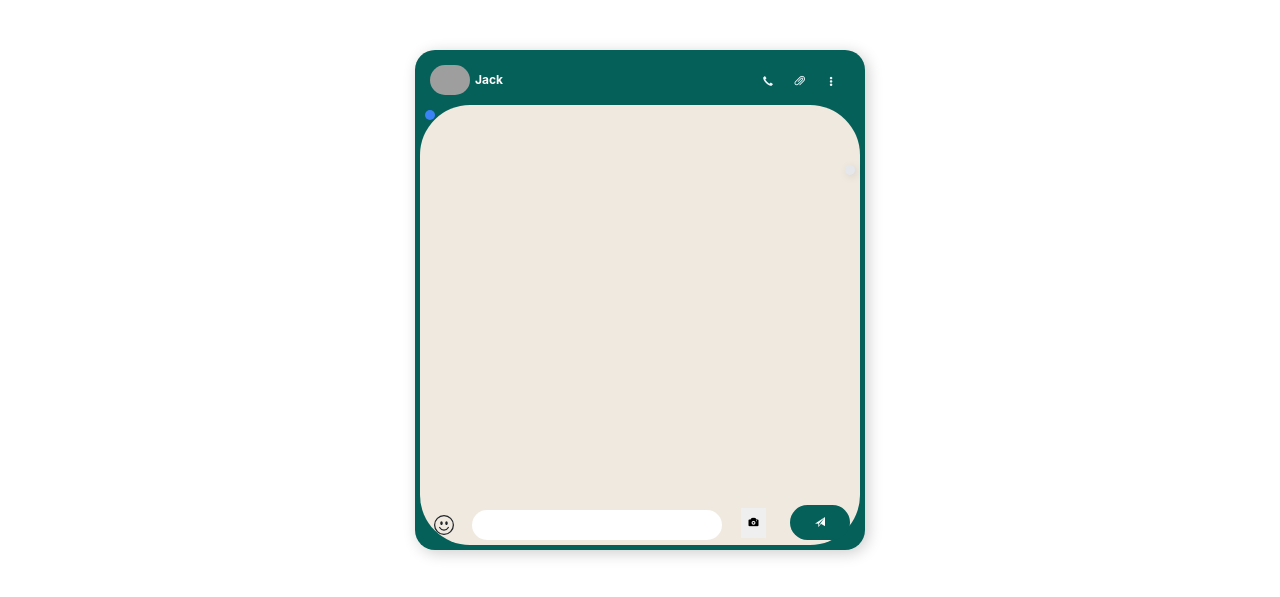
Repository: sibi24sibi/php-mysql-manal-chatbot
Page: http://localhost/
An editor plug-in stored every save of this project. The page is shown before and after the next save, followed by the edit.
The browser window is 1280 px wide. The pictures show the whole page.
Pictures or frames that could not be fetched are drawn as grey boxes. The page is run by PHP 8.4 with error messages shown; the project is at /var/www/html/.

Above is the page before, as saved 2023-01-15 15:18:36.

### index.php
<!DOCTYPE html>
<html lang="en">
<head>
    <meta charset="UTF-8">
    <meta http-equiv="X-UA-Compatible" content="IE=edge">
    <meta name="viewport" content="width=device-width, initial-scale=1.0">
    <title>Document</title>
    <link rel="stylesheet" href="style.css">
    <link href="//maxcdn.bootstrapcdn.com/bootstrap/3.3.6/css/bootstrap.min.css" type="text/css" rel="stylesheet">
    <link rel="stylesheet" href="https://cdn.jsdelivr.net/npm/bootstrap@4.6.2/dist/css/bootstrap.min.css" integrity="sha384-xOolHFLEh07PJGoPkLv1IbcEPTNtaed2xpHsD9ESMhqIYd0nLMwNLD69Npy4HI+N" crossorigin="anonymous">
</head>
<body>
    <div class="bot-windows">
        <div class="bot-window-materail">

            <div class="profile d-flex">

                <div class="profile-pic p-2 bd-highlight">
                    <img src="https://cdn.statusqueen.com/dpimages/thumbnail/anime_boy_dp-2331.jpg" alt="" srcset="">
                </div>
                <div class="profile-name align-self-center">
                    Jack
                </div>

                <div class="window-option ml-auto align-self-center">
                    <button type="button" class="btn btn-default" aria-label="Left Align">
                        <span class="glyphicon glyphicon-earphone" style="color:aliceblue" aria-hidden="true"></span>
                    </button>
                    <button type="button" class="btn btn-default" aria-label="Left Align">
                        <span class="glyphicon glyphicon-paperclip" style="color:aliceblue" aria-hidden="true"></span>
                    </button>
                    <button type="button" class="btn btn-default" aria-label="Left Align">
                        <span class="glyphicon glyphicon-option-vertical" style="color:aliceblue" aria-hidden="true"></span>
                    </button>
                </div>

            </div>
        </div>

             <div class="flex-container  chat-screen ">





                <div id="body flex-items">

                        <div class="userSection">
                        <div class="messages user-message">

                        </div>
                        <div class="seperator"></div>
                        </div>
                        <div class="botSection">
                        <div class="messages bot-reply">

                        </div>
                        <div class="seperator"></div>
                        </div>
                </div>


                <div class="bottom-tools d-flex flex-items">

                        <button type="button" class="btn btn-default align-self-center " aria-label="Left Align">
                            <svg xmlns="http://www.w3.org/2000/svg" width="20" height="20" fill="currentColor" class="bi bi-emoji-smile" viewBox="0 0 16 16">
                                <path d="M8 15A7 7 0 1 1 8 1a7 7 0 0 1 0 14zm0 1A8 8 0 1 0 8 0a8 8 0 0 0 0 16z"/>
                                <path d="M4.285 9.567a.5.5 0 0 1 .683.183A3.498 3.498 0 0 0 8 11.5a3.498 3.498 0 0 0 3.032-1.75.5.5 0 1 1 .866.5A4.498 4.498 0 0 1 8 12.5a4.498 4.498 0 0 1-3.898-2.25.5.5 0 0 1 .183-.683zM7 6.5C7 7.328 6.552 8 6 8s-1-.672-1-1.5S5.448 5 6 5s1 .672 1 1.5zm4 0c0 .828-.448 1.5-1 1.5s-1-.672-1-1.5S9.448 5 10 5s1 .672 1 1.5z"/>
                            </svg>
                        </button>
                        <input type="search" id="userInput" class="send-box mr-auto p-2 align-self-center" placeholder="" aria-label="Search" aria-describedby="search-addon"  name="messages"/>

                    <button type="button" class="camera align-self-center p-2 bd-highlight" aria-label="Left Align">
                        <span class="glyphicon glyphicon-camera" style="color:black" aria-hidden="true"></span>
                    </button>
                    <button id="send" class="send-button align-self-center send ml-auto p-2 bd-highlight" aria-label="Left Align">
                        <span class="glyphicon glyphicon-send" style="color:white" aria-hidden="true"></span>
                    </button>
                </div>

            </div>


    </div>


      <script type="text/javascript">

      document.querySelector("#send").addEventListener("click", async () => {
        let xhr = new XMLHttpRequest();
        var userMessage = document.querySelector("#userInput").value

        let userHtml = '<div class="userSection">'+'<div class="messages user-message">'+userMessage+'</div>'+
        '<div class="seperator"></div>'+'</div>'

        document.querySelector('#body').innerHTML+= userHtml;

        xhr.open("POST", "query.php");
        xhr.setRequestHeader("Content-type", "application/x-www-form-urlencoded");
        xhr.send(`messageValue=${userMessage}`);

        xhr.onload = function () {
            let botHtml = '<div class="botSection">'+'<div class="messages bot-reply">'+this.responseText+'</div>'+
            '<div class="seperator"></div>'+'</div>'

            document.querySelector('#body').innerHTML+= botHtml;
        }

      })

    </script>

  </body>
  </html>

### style.css
body{
    margin: 0;
    padding: 0;
    display: flex;
    align-items: center;
    justify-content: center;
    font-family: "Rubik", sans-serif;
  }

  .bot-windows {
    margin: 50px 0;
    height: 500px;
    width: 450px;
    background-color:rgb(4, 96, 88);
    box-shadow: 3px 3px 15px rgba(0, 0, 0, 0.2) ;
    padding: 5px;
    border-radius: 20px;
  }
  .bot-window-materail {
    margin: 5px 5px 5px 5px;
    width: 450px;

  }
  .profile {
    color:white;
    font-size: larger;
    font-weight: bold;
  }
  .profile img {
    height: 30px;
    weight: 30px;
    border-radius: 50px;
  }

  .window-option {
    font-size: 20px;
    margin-right: 30px;

  }
  .chat-screen{
    background-color: rgb(240, 233, 224);
    border-radius: 50px;
    height:440px;
    justify-content: space-between;
  }
.send-box{
  border-color: transparent;
  box-shadow: transparent;
  background-color: rgb(255, 255, 255);
  border-radius: 50px;
  outline-color: transparent;
  height: 30px;
  width: 250px;
}
.send-button{
  background-color:rgb(4, 96, 88);
  border-radius: 40px;
  border-color: transparent;
  height: 35px;
  width: 60px;
  margin-left: 15px;
  margin-right: 10px;
  margin-bottom: 5px;
}
svg{
  margin-left: 5px;
  margin-right: 10px;
}
.input-group{
  margin-bottom: 5px;
}
.camera{
  margin-left: 5px;
  margin-right: 10px;
  margin-bottom: 5px;
  border-color: transparent;
  height: 30px;
}
.secure{
  background-color: bisque;
  padding: 10px;
  margin: 10px;
}

.userSection {
    width: 100%;
  }



  .user-message {
    margin-top: 1rem;
    text-align: left;
    background: #3B82F6;
    color: white;
    float: left;
  }

  .messages {
    max-width: 60%;
    margin: .5rem;
    font-size: 1.2rem;
    padding: .5rem;
    border-radius: 7px;
  }


  .seperator {
    width: 100%;
    height: 50px;
  }

  .bot-reply {
    text-align: right;
    background: #E5E7EB;
    margin-top: 1rem;
    float: right;
    color: black;
    box-shadow: 2px 2px 8px rgba(0, 0, 0, 0.1);
  }




  .flex-container {
    display: flex;
    flex-direction: column;
    flex-wrap: nowrap;
    justify-content: space-between;
    align-items: normal;
    align-content: normal;
  }

  .flex-items:nth-child(1) {
    display: block;
    flex-grow: 0;
    flex-shrink: 1;
    flex-basis: auto;
    align-self: auto;
    order: 0;
  }

  .flex-items:nth-child(2) {
    display: block;
    flex-grow: 0;
    flex-shrink: 1;
    flex-basis: auto;
    align-self: auto;
    order: 0;
  }

After the next save:
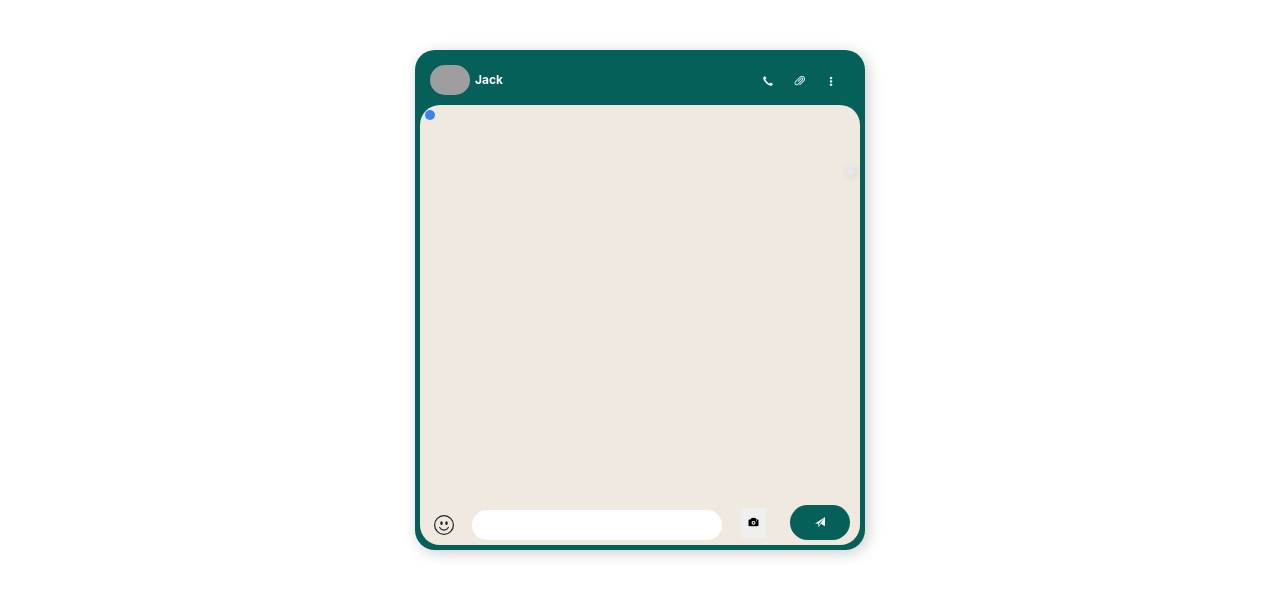
Saved 7 s later.
--- a/style.css
+++ b/style.css
@@ -39,7 +39,7 @@
   }
   .chat-screen{
     background-color: rgb(240, 233, 224);
-    border-radius: 50px;
+    border-radius: 20px;
     height:440px;
     justify-content: space-between;
   }
